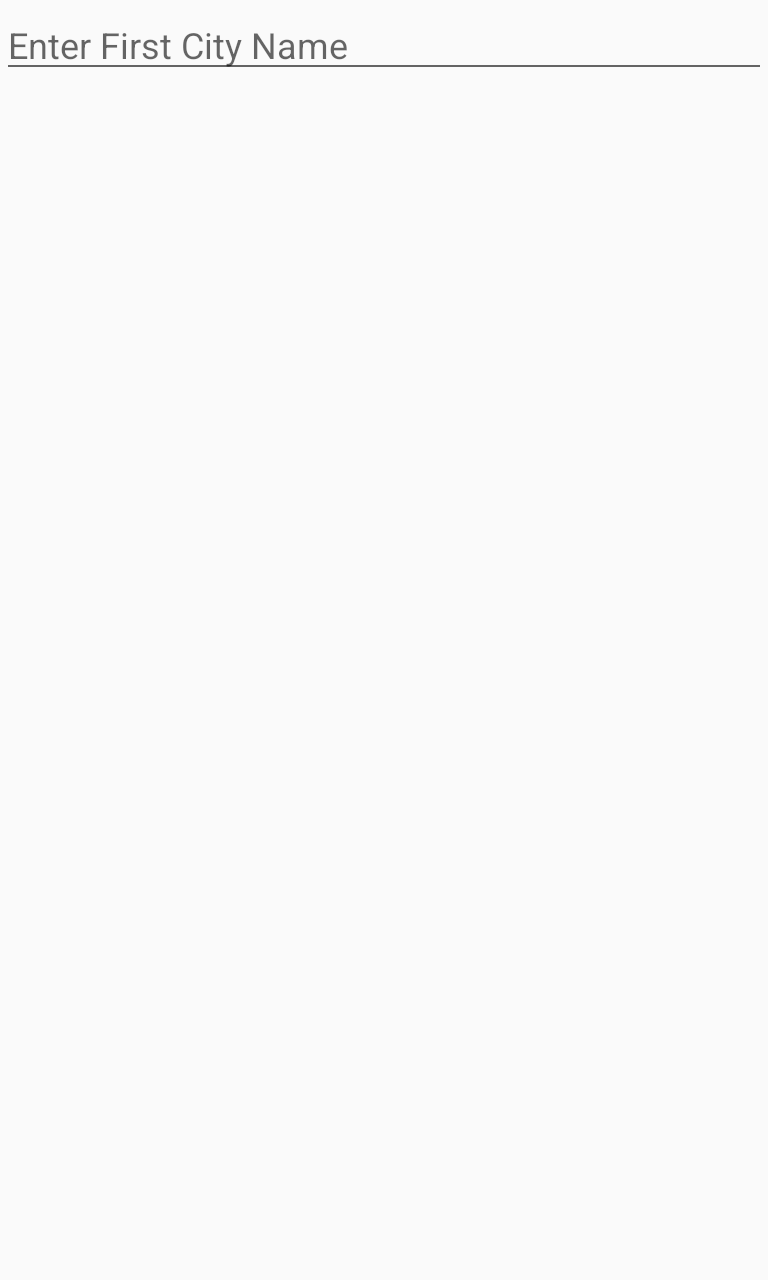
Repository: bhameamit/LeftShiftTask
Layout: LeftShiftTask/LeftShiftTak/res/layout/activity_main.xml
An editor plug-in stored every save of this project. The layout is shown before and after the next save, followed by the edit.
It is drawn on a 768 x 1280 px phone screen (xhdpi) without system bars, with theme AppTheme; the app's code is not run.

Above is the layout before, as saved 2015-02-17 16:17:43.

### LeftShiftTask/LeftShiftTak/res/layout/activity_main.xml
<RelativeLayout xmlns:android="http://schemas.android.com/apk/res/android"
    xmlns:tools="http://schemas.android.com/tools"
    android:layout_width="match_parent"
    android:layout_height="match_parent"
    tools:context="com.example.leftshifttak.MainActivity" >

    <EditText
        android:id="@+id/city1"
        android:layout_width="match_parent"
        android:layout_height="wrap_content"
        android:hint="Enter First City Name" />

</RelativeLayout>

Loaded but not shown: LeftShiftTask/LeftShiftTak/res/values/styles.xml (common file); LeftShiftTask/LeftShiftTak/res/values-v11/styles.xml (common file); LeftShiftTask/LeftShiftTak/res/values-v14/styles.xml (common file)

After the next save:
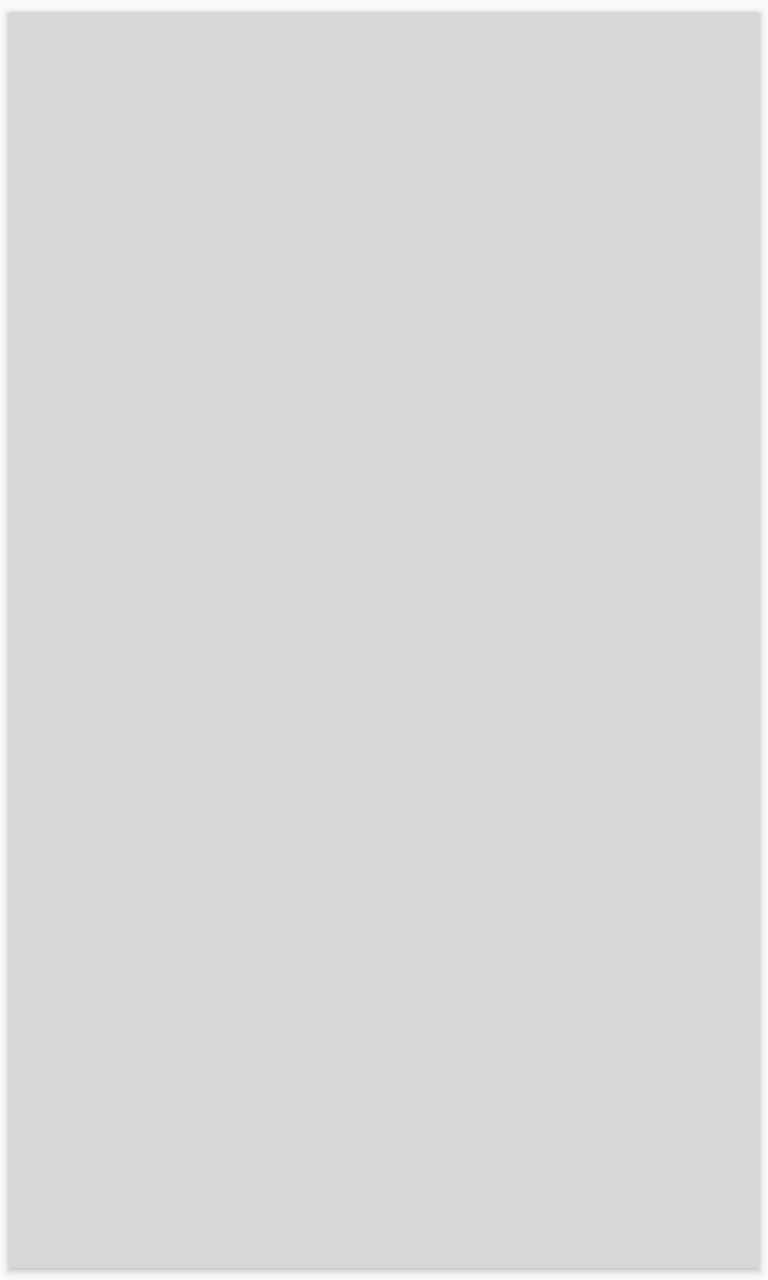
Saved 61 s later.
--- a/LeftShiftTask/LeftShiftTak/res/layout/activity_main.xml
+++ b/LeftShiftTask/LeftShiftTak/res/layout/activity_main.xml
@@ -10,4 +10,9 @@
         android:layout_height="wrap_content"
         android:hint="Enter First City Name" />
 
+    <Button
+        android:id="@+id/send_city"
+        android:layout_width="match_parent"
+        android:layout_height="match_parent"/>
+
 </RelativeLayout>

After the save that followed:
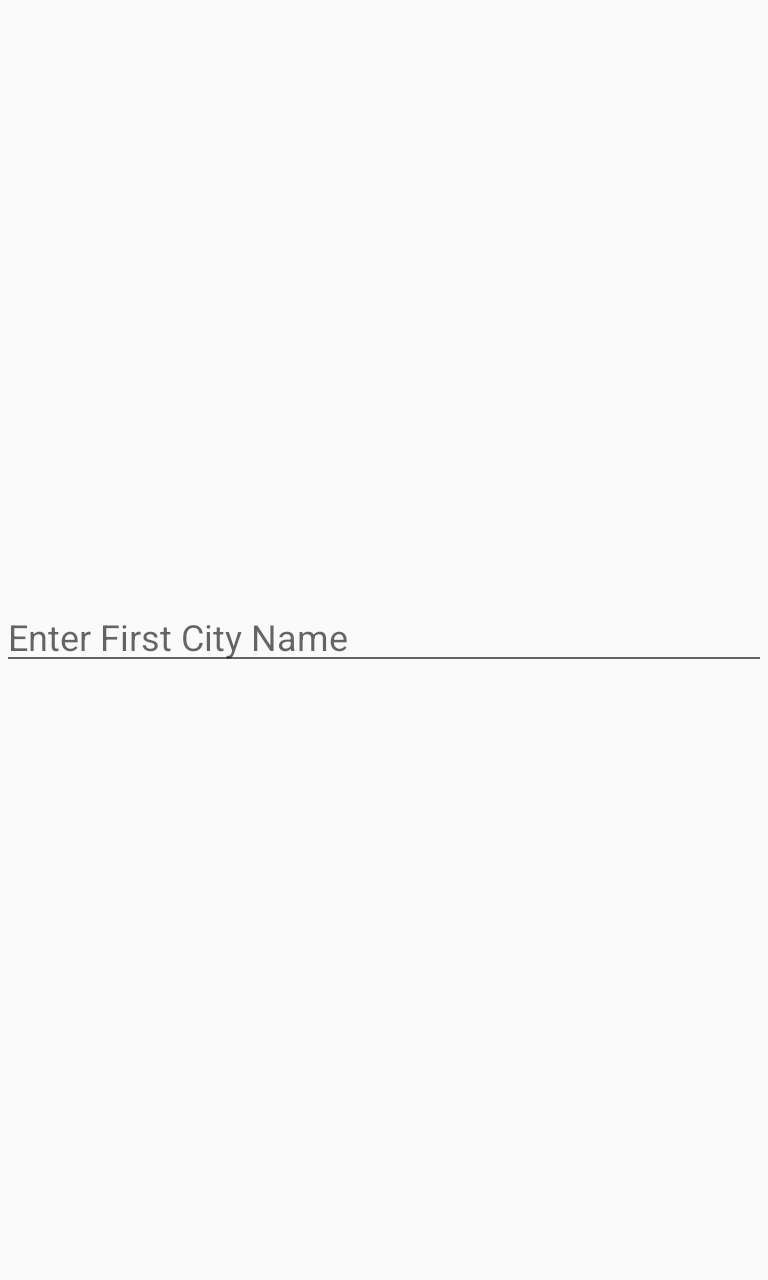
Saved 7 s later.
--- a/LeftShiftTask/LeftShiftTak/res/layout/activity_main.xml
+++ b/LeftShiftTask/LeftShiftTak/res/layout/activity_main.xml
@@ -1,4 +1,4 @@
-<RelativeLayout xmlns:android="http://schemas.android.com/apk/res/android"
+<LinearLayout xmlns:android="http://schemas.android.com/apk/res/android"
     xmlns:tools="http://schemas.android.com/tools"
     android:layout_width="match_parent"
     android:layout_height="match_parent"
@@ -15,4 +15,4 @@
         android:layout_width="match_parent"
         android:layout_height="match_parent"/>
 
-</RelativeLayout>
+</LinearLayout>
